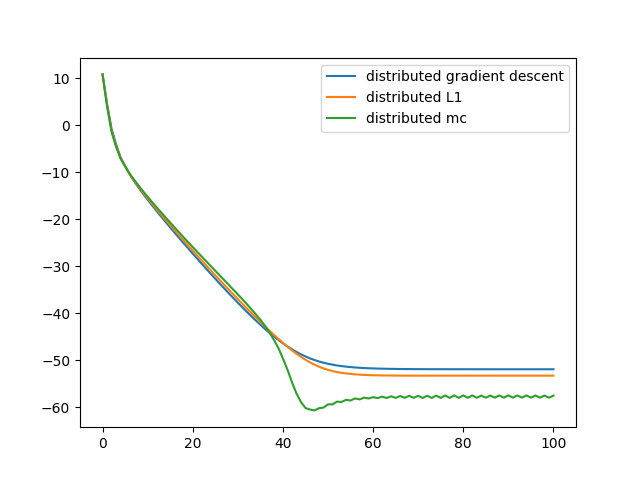
Repository: komuro-zero/distributed-optimization
Script's output: python main_wj_noisyd.py
These files come from the project's save history. The script's output is drawn as it stood at one moment and after the next save; the edit follows.
Random numbers start from a fixed seed.

Above is the script's output before, as saved 2019-09-24 15:13:37.

### main_wj_noisyd.py
import numpy as np
import matplotlib.pyplot as plt
from numpy.random import *
from modules.distributed_functions_wj import functions


#np.random.seed(0)
class distributed_updates(functions):


    def __init__(self):

        self.N = 30
        self.m = 100
        self.r_i = 40
        self.iteration = 100
        self.sparsity_percentage = 0.2
        self.lamb = 10**-2
        self.eta = 0.23
        self.rho = self.lamb*(20**2)
        if self.lamb/self.rho <= self.eta*self.lamb:
            print("faulty rho")
            exit()

    def make_variables(self):
        """
        w_star,U_all,d_allを返㝙
        """
        w = randn(self.N,1)
        w_star = self.w_star_weakly_sparse(self.N,self.sparsity_percentage)
        print(w_star)
        U_all = randn(self.m,self.N)
        w_star_noise = w_star+randn(self.N,1)/1000
        #w_star_noise = w_star_noise/np.dot(w_star_noise.T,w_star_noise)
        d_all = np.dot(U_all,w_star_noise)
        L2 = np.dot(w_star.T,w_star)

        return w,w_star,U_all,d_all,L2,w_star_noise

    def run(self):
        w,w_star,U_all,d_all,L2,w_star_noise = self.make_variables()
        c = self.adjacency_matrix(self.m,self.r_i)
        w_all = self.make_w(self.m,self.N)

        #error,wcgd = self.centralized_gradient_descent(U_all,d_all,w,w_star,L2,0.0035,self.iteration)
        #error,wcl1 = self.centralized_L1(U_all,d_all,w,w_star,L2,10**-4,0.0036,self.iteration)
        #error,wcmc = self.centralized_mc(U_all,d_all,w,w_star,L2,5*10**-1,0.0036,5*10**-1*(23.57**2),self.iteration)
        #self.distributed_gradient_descent_wj(U_all,d_all,w_star,L2,self.N,self.m,self.r_i,0.25,self.iteration,c,w_all,wcgd)
        #self.distributed_L1_wj(U_all,d_all,w_star,L2,self.N,self.m,self.r_i,10**-4,0.24,self.iteration,c,w_all,wcl1)
        #self.distributed_mc_wj(U_all,d_all,w_star,L2,self.N,self.m,self.r_i,self.lamb,self.eta,self.rho,self.iteration,c,w_all,wcmc)
        self.distributed_gradient_descent(U_all,d_all,w_star,L2,self.N,self.m,self.r_i,0.25,self.iteration,c,w_all)
        self.distributed_L1(U_all,d_all,w_star,L2,self.N,self.m,self.r_i,10**-4,0.24,self.iteration,c,w_all)
        self.distributed_mc(U_all,d_all,w_star,L2,self.N,self.m,self.r_i,self.lamb,self.eta,self.rho,self.iteration,c,w_all)

        #error = [cgd[-1],cl1,cmc[-1],dgd[-1],dl1[-1],dmc[-1]]
        #return error[-1]#w_star,w_star_noise,wcgd,wcl1,wcmc

"""
    #not completed
    def run_distributed(self):
        w,w_star,U_all,d_all,L2 = self.make_variables()

        lamb_l1 = 9*10**-5
        lamb_mc = 10**-3
        eta_gd = 0.1
        eta_l1 = 0.09
        eta_mc = 0.01

        self.distributed(U_all,d_all,w_star,L2,self.N,self.m,self.r_i,lamb_l1,lamb_mc,eta_gd,eta_l1,eta_mc,self.rho,self.iteration)
"""


if __name__ == "__main__":
    simulation = distributed_updates()
    cgd=cl1=cmc=dgd=dl1=dmc=[]
    for i in range(1):
        simulation.run()
        #cgd.append(error)
        """
        error = simulation.run()
        cgd.append(error[0])
        cl1.append(error[1])
        cmc.append(error[2])
        dgd.append(error[3])
        dl1.append(error[4])
        dmc.append(error[5])

        print("iteration:",i)
        """
    #times = range(len(cgd))

    #print("average:",sum(cgd)/len(cgd),"\n max:",max(cgd))
    #print("w_star:",w_star,"\nwcgd:",wcgd-w_star_noise,"\nwcl1:",wcl1-w_star_noise,"\nwcmc:",wcmc-w_star_noise)
    #plt.bar(times,cgd)
    plt.legend()
    plt.show()

### modules/distributed_functions_wj.py
#functions used in each simulations
import numpy as np
from numpy.random import *
import matplotlib.pyplot as plt

#np.random.seed(0)

class functions():
	def w_star(self,N,sparse_percentage):
		w_star = randn(N,1)     #平均は0
		before_length = len(w_star)
		after_length = before_length
		while (after_length / before_length) > sparse_percentage:
			a = randint(0,N-1)
			w_star[a] = 0
			after_length = len(np.unique(w_star))-1  #重複要素の削除
		return w_star

	def w_star_weakly_sparse(self,N,sparse_percentage):
		w_star = randn(N,1)     #平均は0
		before_length = len(w_star)
		after_length = before_length
		while (after_length / before_length) > sparse_percentage:
			a = randint(0,N-1)
			w_star[a] = 0
			after_length = len(np.unique(w_star))-1  #重複要素の削除
		for i in range(len(w_star)):
			if w_star[i] == 0:
				w_star[i] = 0.0001*randn()
		return w_star

	def w_star_weakly_sparse_sample(self,N,sparse_percentage):
		w_star = self.w_star(N,sparse_percentage)
		for i in range(len(w_star)):
			if w_star[i] == 0:
				w_star[i] = 0.0001
			else:
				w_star[i] = 1
		return w_star

	def db(self,x, y):
		db = 10 * np.log10(x / y)
		return db[0][0]

	def adjacency_matrix(self,m,r_i):
		"""
		disjointed example
		a = [1]*r_i
		b = [0]*(m-r_i)
		a.extend(b)
		c = [1]*r_i
		d = [0]*(m-r_i)
		d.extend(c)
		aa = [a]*int(m/2)
		dd = [d]*int(m/2)
		dd.extend(aa)
		result = np.array(dd)
		for i in range(len(result)):
			result[i][i]=1

		"""
		c = np.eye(m)
		for j in range(m):
			counter = 0
			while counter != r_i:
				random_num = np.random.randint(0,m-1)
				if c[j][random_num] != 1:
					c[j][random_num] = 1
					counter += 1
		return c

	def make_w(self,m,N):
		w = randn(N,1).T
		for i in range(m-1):
			w = np.concatenate((w,randn(N,1).T))
		return w

	def centralized_gradient_descent(self,Ut,d,w,w_star,L2,eta,iteration):
		error = [self.db(np.dot((w-w_star).T,w-w_star)[0],L2)]
		times = [0]
		one_error =0
		U = Ut.T
		for i in range(iteration):
			w = w - 2*eta*(np.dot(U,(np.dot(Ut,w)-d)))
			one_error = np.dot((w-w_star).T,w-w_star)[0]
			error.append(self.db(one_error,L2))
			times.append(i+1)
		#plt.plot(times,error,label = "centralized gradient descent")
		return error,w

	def centralized_L1(self,Ut,d,w,w_star,L2,lamb,eta,iteration):
		error = [self.db(np.dot((w-w_star).T,w-w_star)[0],L2)]
		times = [0]
		one_error =0
		U = Ut.T
		for i in range(iteration):
			w = w - 2*eta*(np.dot(U,(np.dot(Ut,w)-d)))
			for j in range(len(w)):
				if w[j] > 0 and lamb < abs(w[j]):
					w[j] -= lamb
				elif w[j] < 0 and lamb < abs(w[j]):
					w[j] += lamb
				else:
					w[j] = 0
			one_error = np.dot((w-w_star).T,w-w_star)[0]
			error.append(self.db(one_error,L2))
			times.append(i+1)
		#exec("plt.plot(times,error,label = 'centralized_L1')")
		return error,w

	def centralized_mc(self,Ut,d,w,w_star,L2,lamb,eta,rho,iteration):
		error = [self.db(np.dot((w-w_star).T,w-w_star)[0],L2)]
		times = [0]
		one_error =0
		U = Ut.T
		for i in range(iteration):
			w = w - 2*eta*(np.dot(U,(np.dot(Ut,w)-d)))
			for j in range(len(w)):
				if abs(w[j]) < eta*lamb:
					w[j] = 0
				elif eta*lamb < abs(w[j]) and abs(w[j]) < lamb/rho:
					w[j] = w[j]*(abs(w[j])-eta*lamb)/(abs(w[j])*(1-eta*rho))
				elif lamb/rho <= abs(w[j]):
					w[j] = w[j]
				else:
					print("banana")
			one_error = np.dot((w-w_star).T,w-w_star)[0]
			error.append(self.db(one_error,L2))
			times.append(i+1)
			one_error = 0
		#plt.plot(times,error,label = "centralized_mc")
		return error,w

	def one_gradient_descent(self,Ut,d,w,eta):
		U = Ut.T
		w = w - 2*eta*((U*(np.dot(Ut,w)-d)))
		return w

	def one_L1(self,Ut,d,w,lamb,eta):
		U = Ut.T
		w = w - 2*eta*((U*(np.dot(Ut,w)-d)))
		for j in range(len(w)):
			if w[j] > 0 and lamb < abs(w[j]):
				w[j] -= lamb
			elif w[j] < 0 and lamb < abs(w[j]):
				w[j] += lamb
			else:
				w[j] = 0
		return w

	def one_mc(self,Ut,d,w,lamb,eta,rho):
		U = Ut.T
		w = w - 2*eta*((U*(np.dot(Ut,w)-d)))
		for j in range(len(w)):
			if abs(w[j]) < eta*lamb:
				w[j] = 0
			elif eta*lamb < abs(w[j]) and abs(w[j]) < lamb/rho:
				w[j] = w[j]*(abs(w[j])-eta*lamb)/(abs(w[j])*(1-eta*rho))
			elif lamb/rho <= abs(w[j]):
				w[j] = w[j]
			else:
				print("banana")
		return w

	def distributed_gradient_descent(self,Ut,d,w_star,L2,N,m,r_i,eta,iteration,c,w_all_f):
		average_error = [0]
		for i in range(1,m+1,1):
			exec("u_%d = Ut[%d]" % (i,i-1))
			exec("d_%d = d[%d][0]" % (i,i-1))
			exec("w_%d = np.reshape(w_all_f[%d],(N,1)).ravel() " % (i,i-1))
			exec("w_next_%d = w_%d" % (i,i))
			exec("error_w_%d = []" % (i))
			exec("one_error_%d =[]" % (i))
			exec("average_error[0] += self.db(np.dot((w_%d-w_star.ravel()).T,w_%d-w_star.ravel()),L2)"%(i,i))
		average_error[0] = average_error[0]/m
		times = [0]
		for i in range(iteration):
			for j in range(1,m+1,1):
				exec("w_%d = self.one_gradient_descent(u_%d,d_%d,w_%d,eta)" % (j,j,j,j))
				exec("w_next_%d = w_%d" % (j,j))
			exec("w_all = [w_next_1]")
			for j in range(2,m+1):
				exec("w_all = np.concatenate((w_all,[w_next_%d]))" %(j))
			exec("average = (1/(r_i+1))*np.dot(c,w_all)")
			for j in range(1,m+1,1):
				exec("w_%d = average[%d]" % (j,j-1))
			for j in range(1,m+1,1):
				exec("one_error_%d = np.dot((w_%d-w_star.ravel()).T,w_%d-w_star.ravel())" % (j,j,j))
				#exec("print(one_error_%d)"%(j))
				exec("error_w_%d.append(self.db(one_error_%d,L2))" % (j,j))
			times.append(i+1)
		for i in range(iteration):
			exec("average_error.append(error_w_1[%d])" % (i))
			for j in range(2,m+1,1):
				exec("average_error[%d] += error_w_%d[%d]" % (i+1,j,i))
			average_error[i+1] = average_error[i+1]/m
		exec("plt.plot(times,average_error,label = 'distributed gradient descent')")
		return average_error

	def distributed_L1(self,Ut,d,w_star,L2,N,m,r_i,lamb,eta,iteration,c,w_all_f):
		average_error = [0]
		for i in range(1,m+1,1):
			exec("u_%d = Ut[%d]" % (i,i-1))
			exec("d_%d = d[%d][0]" % (i,i-1))
			exec("w_%d = np.reshape(w_all_f[%d],(N,1)).ravel() " % (i,i-1))
			exec("w_next_%d = w_%d" % (i,i))
			exec("error_w_%d = []" % (i))
			exec("one_error_%d =[]" % (i))
			exec("average_error[0] += self.db(np.dot((w_%d-w_star.ravel()).T,w_%d-w_star.ravel()),L2)"%(i,i))
		average_error[0] = average_error[0]/m

		times = [0]
		for i in range(iteration):
			for j in range(1,m+1,1):
				exec("w_%d = self.one_L1(u_%d,d_%d,w_%d,lamb,eta)" % (j,j,j,j))
				exec("w_next_%d = w_%d" % (j,j))
			exec("w_all = [w_next_1]")
			for j in range(2,m+1):
				exec("w_all = np.concatenate((w_all,[w_next_%d]))" %(j))
			exec("average = (1/(r_i+1))*np.dot(c,w_all)")
			for j in range(1,m+1,1):
				exec("w_%d = average[%d]" % (j,j-1))
			for j in range(1,m+1,1):
				exec("one_error_%d = np.dot((w_%d-w_star.ravel()).T,w_%d-w_star.ravel())" % (j,j,j))
				exec("error_w_%d.append(self.db(one_error_%d,L2))" % (j,j))
			times.append(i+1)
		for i in range(iteration):
			exec("average_error.append(error_w_1[%d])" % (i))
			for j in range(2,m+1,1):
				exec("average_error[%d] += error_w_%d[%d]" % (i+1,j,i))
			average_error[i+1] = average_error[i+1]/m
		exec("plt.plot(times,average_error,label = 'distributed L1')")
		return average_error

	def distributed_mc(self,Ut,d,w_star,L2,N,m,r_i,lamb,eta,rho,iteration,c,w_all_f):
		average_error = [0]
		for i in range(1,m+1,1):
			exec("u_%d = Ut[%d]" % (i,i-1))
			exec("d_%d = d[%d][0]" % (i,i-1))
			exec("w_%d = np.reshape(w_all_f[%d],(N,1)).ravel() " % (i,i-1))
			exec("w_next_%d = w_%d" % (i,i))
			exec("error_w_%d = []" % (i))
			exec("one_error_%d =[]" % (i))
			exec("average_error[0] += self.db(np.dot((w_%d-w_star.ravel()).T,w_%d-w_star.ravel()),L2)"%(i,i))
		average_error[0] = average_error[0]/m
		times = [0]
		for i in range(iteration):
			for j in range(1,m+1,1):
				exec("w_%d = self.one_mc(u_%d,d_%d,w_%d,lamb,eta,rho)" % (j,j,j,j))
				exec("w_next_%d = w_%d" % (j,j))
			exec("w_all = [w_next_1]")
			for j in range(2,m+1):
				exec("w_all = np.concatenate((w_all,[w_next_%d]))" %(j))
			exec("average = (1/(r_i+1))*np.dot(c,w_all)")
			for j in range(1,m+1,1):
				exec("w_%d = average[%d]" % (j,j-1))
			for j in range(1,m+1,1):
				exec("one_error_%d = np.dot((w_%d-w_star.ravel()).T,w_%d-w_star.ravel())" % (j,j,j))

				exec("error_w_%d.append(self.db(one_error_%d,L2))" % (j,j))
			times.append(i+1)
		for i in range(iteration):
			exec("average_error.append(error_w_1[%d])" % (i))
			for j in range(2,m+1,1):
				exec("average_error[%d] += error_w_%d[%d]" % (i+1,j,i))
			average_error[i+1] = average_error[i+1]/m
		exec("plt.plot(times,average_error,label = 'distributed mc')")
		return average_error

	def distributed_gradient_descent_wj(self,Ut,d,w_star,L2,N,m,r_i,eta,iteration,c,w_all_f,wj):
		average_error = [0]
		L2wj = np.dot(wj.T,wj)
		for i in range(1,m+1,1):
			exec("u_%d = Ut[%d]" % (i,i-1))
			exec("d_%d = d[%d][0]" % (i,i-1))
			exec("w_%d = np.reshape(w_all_f[%d],(N,1)).ravel() " % (i,i-1))
			exec("w_next_%d = w_%d" % (i,i))
			exec("error_w_%d = []" % (i))
			exec("one_error_%d =[]" % (i))
			exec("average_error[0] += self.db(np.dot((w_%d-wj.ravel()).T,w_%d-wj.ravel()),L2wj)"%(i,i))
		average_error[0] = average_error[0]/m
		times = [0]
		for i in range(iteration):
			for j in range(1,m+1,1):
				exec("w_%d = self.one_gradient_descent(u_%d,d_%d,w_%d,eta)" % (j,j,j,j))
				exec("w_next_%d = w_%d" % (j,j))
			exec("w_all = [w_next_1]")
			for j in range(2,m+1):
				exec("w_all = np.concatenate((w_all,[w_next_%d]))" %(j))
			exec("average = (1/(r_i+1))*np.dot(c,w_all)")
			for j in range(1,m+1,1):
				exec("w_%d = average[%d]" % (j,j-1))
			for j in range(1,m+1,1):
				exec("one_error_%d = np.dot((w_%d-wj.ravel()).T,w_%d-wj.ravel())" % (j,j,j))
				#exec("print(one_error_%d)"%(j))
				exec("error_w_%d.append(self.db(one_error_%d,L2wj))" % (j,j))
			times.append(i+1)
		for i in range(iteration):
			exec("average_error.append(error_w_1[%d])" % (i))
			for j in range(2,m+1,1):
				exec("average_error[%d] += error_w_%d[%d]" % (i+1,j,i))
			average_error[i+1] = average_error[i+1]/m
		#exec("plt.plot(times,average_error,label = 'wj distributed gradient descent')")
		return average_error

	def distributed_L1_wj(self,Ut,d,w_star,L2,N,m,r_i,lamb,eta,iteration,c,w_all_f,wj):
		average_error = [0]
		L2wj = np.dot(wj.T,wj)
		for i in range(1,m+1,1):
			exec("u_%d = Ut[%d]" % (i,i-1))
			exec("d_%d = d[%d][0]" % (i,i-1))
			exec("w_%d = np.reshape(w_all_f[%d],(N,1)).ravel() " % (i,i-1))
			exec("w_next_%d = w_%d" % (i,i))
			exec("error_w_%d = []" % (i))
			exec("one_error_%d =[]" % (i))
			exec("average_error[0] += self.db(np.dot((w_%d-wj.ravel()).T,w_%d-wj.ravel()),L2wj)"%(i,i))
		average_error[0] = average_error[0]/m

		times = [0]
		for i in range(iteration):
			for j in range(1,m+1,1):
				exec("w_%d = self.one_L1(u_%d,d_%d,w_%d,lamb,eta)" % (j,j,j,j))
				exec("w_next_%d = w_%d" % (j,j))
			exec("w_all = [w_next_1]")
			for j in range(2,m+1):
				exec("w_all = np.concatenate((w_all,[w_next_%d]))" %(j))
			exec("average = (1/(r_i+1))*np.dot(c,w_all)")
			for j in range(1,m+1,1):
				exec("w_%d = average[%d]" % (j,j-1))
			for j in range(1,m+1,1):
				exec("one_error_%d = np.dot((w_%d-wj.ravel()).T,w_%d-wj.ravel())" % (j,j,j))
				exec("error_w_%d.append(self.db(one_error_%d,L2wj))" % (j,j))
			times.append(i+1)
		for i in range(iteration):
			exec("average_error.append(error_w_1[%d])" % (i))
			for j in range(2,m+1,1):
				exec("average_error[%d] += error_w_%d[%d]" % (i+1,j,i))
			average_error[i+1] = average_error[i+1]/m
		exec("plt.plot(times,average_error,label = 'wj distributed L1')")
		return average_error

	def distributed_mc_wj(self,Ut,d,w_star,L2,N,m,r_i,lamb,eta,rho,iteration,c,w_all_f,wj):
		average_error = [0]
		L2wj = np.dot(wj.T,wj)
		for i in range(1,m+1,1):
			exec("u_%d = Ut[%d]" % (i,i-1))
			exec("d_%d = d[%d][0]" % (i,i-1))
			exec("w_%d = np.reshape(w_all_f[%d],(N,1)).ravel() " % (i,i-1))
			exec("w_next_%d = w_%d" % (i,i))
			exec("error_w_%d = []" % (i))
			exec("one_error_%d =[]" % (i))
			exec("average_error[0] += self.db(np.dot((w_%d-wj.ravel()).T,w_%d-wj.ravel()),L2wj)"%(i,i))
		average_error[0] = average_error[0]/m
		times = [0]
		for i in range(iteration):
			for j in range(1,m+1,1):
				exec("w_%d = self.one_mc(u_%d,d_%d,w_%d,lamb,eta,rho)" % (j,j,j,j))
				exec("w_next_%d = w_%d" % (j,j))
			exec("w_all = [w_next_1]")
			for j in range(2,m+1):
				exec("w_all = np.concatenate((w_all,[w_next_%d]))" %(j))
			exec("average = (1/(r_i+1))*np.dot(c,w_all)")
			for j in range(1,m+1,1):
				exec("w_%d = average[%d]" % (j,j-1))
			for j in range(1,m+1,1):
				exec("one_error_%d = np.dot((w_%d-wj.ravel()).T,w_%d-wj.ravel())" % (j,j,j))

				exec("error_w_%d.append(self.db(one_error_%d,L2wj))" % (j,j))
			times.append(i+1)
		for i in range(iteration):
			exec("average_error.append(error_w_1[%d])" % (i))
			for j in range(2,m+1,1):
				exec("average_error[%d] += error_w_%d[%d]" % (i+1,j,i))
			average_error[i+1] = average_error[i+1]/m
		exec("plt.plot(times,average_error,label = 'wj distributed mc')")
		return average_error

After the next save:
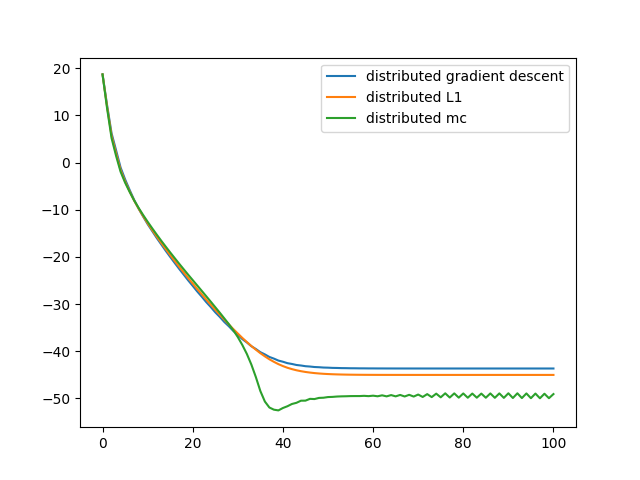
Saved 71 s later.
--- a/modules/distributed_functions_wj.py
+++ b/modules/distributed_functions_wj.py
@@ -27,6 +27,7 @@ class functions():
 		for i in range(len(w_star)):
 			if w_star[i] == 0:
 				w_star[i] = 0.0001*randn()
+		w_star = w_star/np.dot(w_star.T,w_star)
 		return w_star
 
 	def w_star_weakly_sparse_sample(self,N,sparse_percentage):
